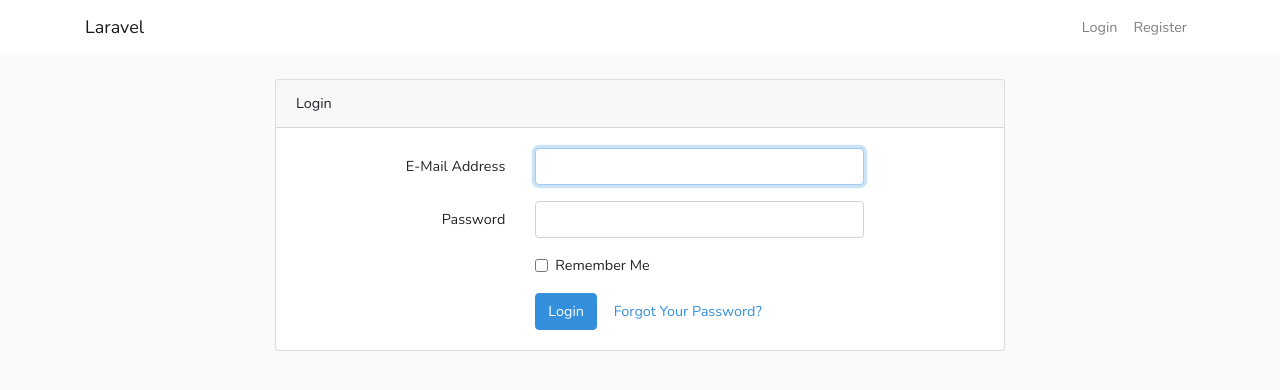
Repository: PatryxB/bikeService
Page: http://localhost/login
The author's editor kept a copy of each file at every save. The page is drawn from the files as they stood at one save, then again after the next save.
The browser window is 1280 px wide. The pictures show the whole page.
The page is served by the project's Laravel application, run on PHP 8.4 with Laravel 8. Other server files are loaded and not shown. Style sheets and scripts are compiled from the project's sources, by tool versions that may differ from the author's.

Above is the page before, as saved 2020-05-01 13:19:00.

### resources/sass/app.scss
// Fonts
@import url('https://fonts.googleapis.com/css?family=Nunito');

// Variables
@import 'variables';

// Bootstrap
@import '~bootstrap/scss/bootstrap';

html, body{
    box-sizing: border-box;
    margin: 0;
    padding: 0;
}
.banner img{
    width: 100%;
    height: 40vh;
}

Loaded but not shown: routes/web.php (common file); app/Http/Controllers/Auth/LoginController.php (common file); app/Http/Controllers/Controller.php (common file); app/Http/Controllers/Auth/ConfirmPasswordController.php (common file); resources/views/auth/login.blade.php (common file); resources/views/layouts/app.blade.php (common file); resources/sass/_variables.scss (common file)

After the next save:
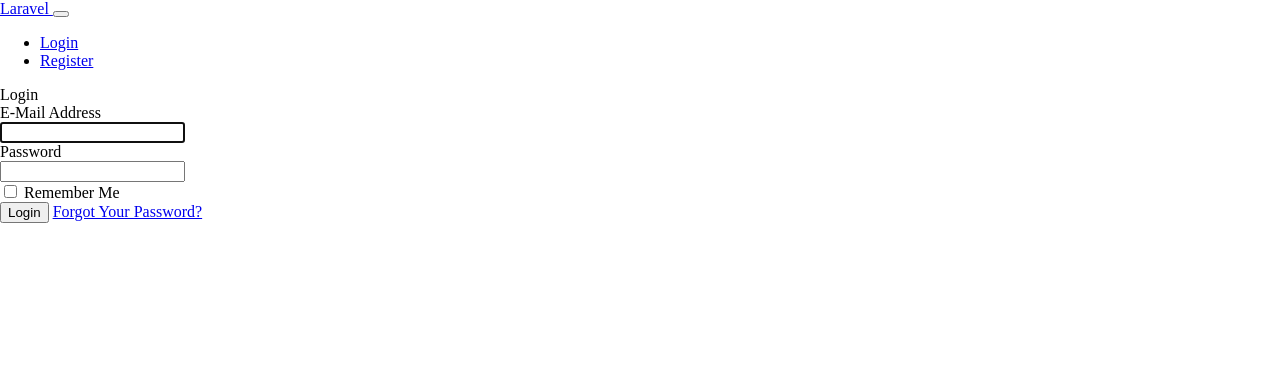
Saved 2 min 30 s later.
--- a/resources/sass/app.scss
+++ b/resources/sass/app.scss
@@ -3,9 +3,6 @@
 
 // Variables
 @import 'variables';
-
-// Bootstrap
-@import '~bootstrap/scss/bootstrap';
 
 html, body{
     box-sizing: border-box;
